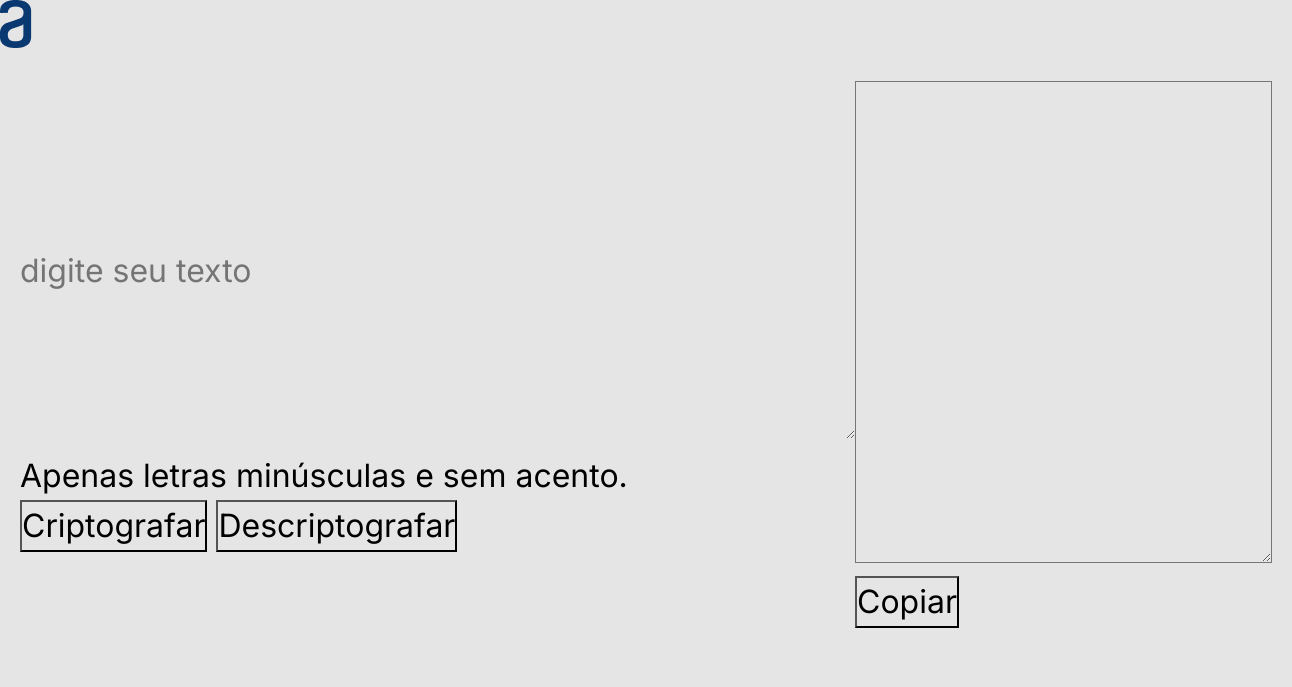
Repository: guilhermecardoso93/decodificador-texto
Page: index.html
An editor plug-in stored every save of this project. The page is shown before and after the next save, followed by the edit.
The browser window is 1280 px wide. The page is 1280 px wide, then 1292 px, so the pictures cover 1292 px, including what lies to the right of the window. The pictures show the whole page.

Above is the page before, as saved 2024-02-28 19:14:53.

### index.html
<!DOCTYPE html>
<html lang="pt-BR">
  <head>
    <meta charset="UTF-8" />
    <meta name="viewport" content="width=device-width, initial-scale=1.0" />
    <link rel="preconnect" href="https://fonts.googleapis.com" />
    <link rel="preconnect" href="https://fonts.gstatic.com" crossorigin />
    <link
      href="https://fonts.googleapis.com/css2?family=Inter:wght@400;500;600;700&display=swap"
      rel="stylesheet"
    />
    <link rel="stylesheet" href="style.css" />
    <title>Desafio - Encriptador</title>
  </head>
  <body>
    <header>
      <img src="./assets/logo.png" alt="Logo Alura" class="'logo-alura" />
    </header>

    <main>
      <section>
        <textarea
          class="text-area"
          cols="41"
          rows="4"
          placeholder="Digite seu texto"
        ></textarea>
        <div class="informaçao">
          <h6>Apenas letras minúsculas e sem acento.</h6>
        </div>
        <div class="botoes">
          <button class="btn-encriptor">Criptografar</button>
          <button class="btn-descriptor">Descriptografar</button>
        </div>
      </section>

      <section>
        <textarea class="mensagem" cols="20" rows="10"></textarea>
        <button class="btn-copiar">Copiar</button>
      </section>
    </main>
  </body>
</html>

### style.css
* {
  margin: 0;
  padding: 0;
  box-sizing: border-box;
  background-color: #E5e5e5;
  font-family: "Inter", sans-serif;
  font-weight: 400;
  font-size: 32px;
  line-height: 150%;
}


.logo-alura {
  margi-left: 10px;
  padding-top: 10px;
  width: 2%;
}

main {
  display: flex;
  align-items: center;
  justify-content: space-between;
  margin: 20px;
}

.text-area {
  border: none;
  color: #0A3871;
  text-transform: lowercase;
  margin-top: 90px;
}

After the next save:
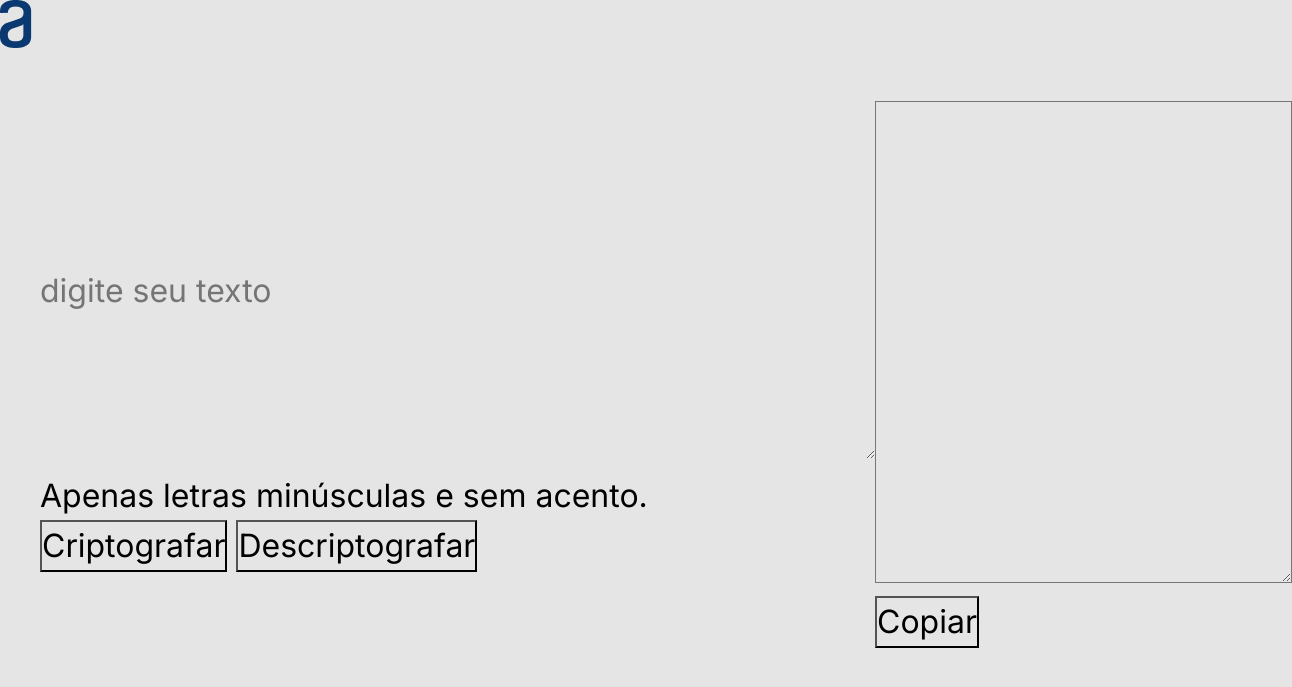
Saved 8 s later.
--- a/style.css
+++ b/style.css
@@ -20,7 +20,7 @@ main {
   display: flex;
   align-items: center;
   justify-content: space-between;
-  margin: 20px;
+  margin: 40px;
 }
 
 .text-area {
